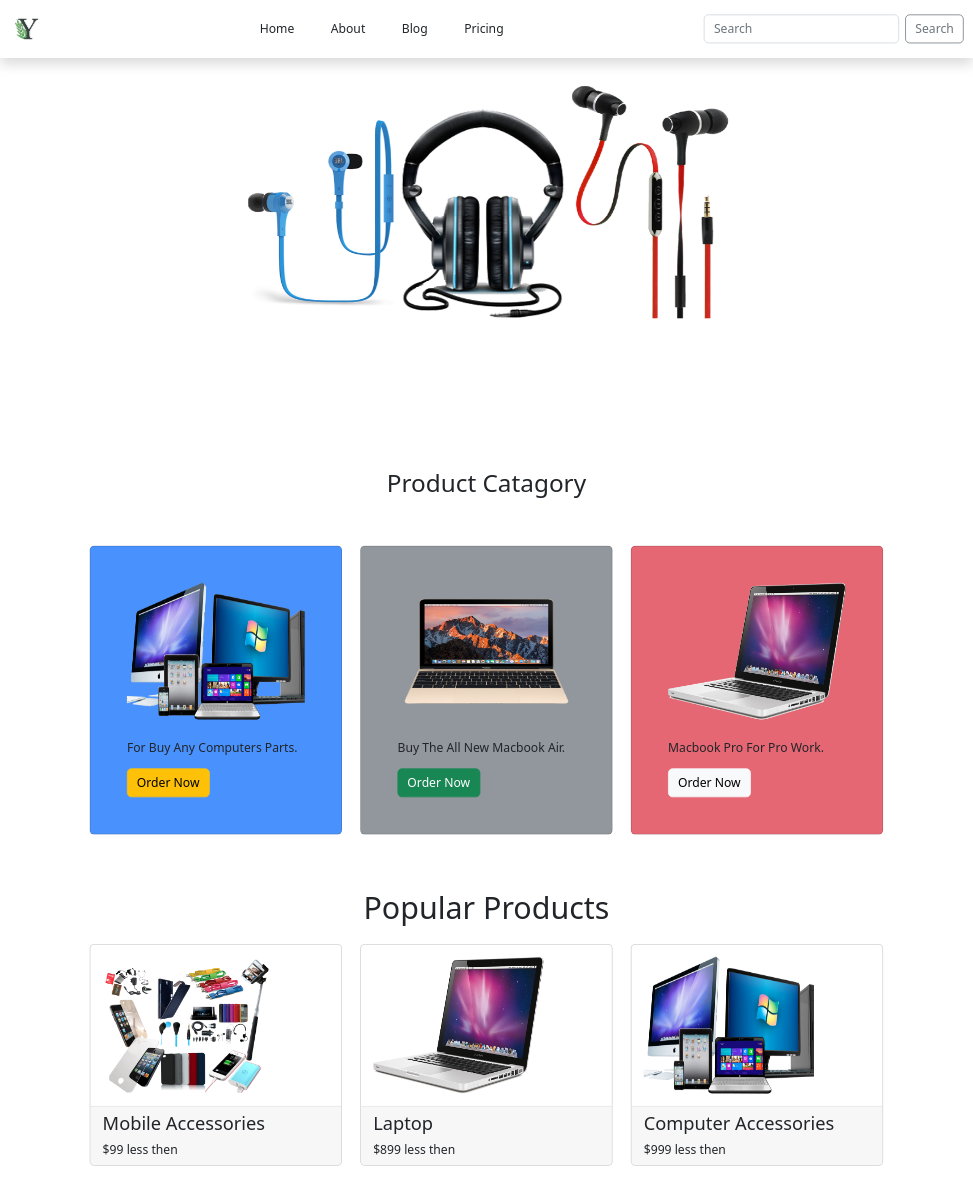
Repository: Mafuzurrahmanoli/E-Commerce-Website
Page: index.html
The author's editor kept a copy of each file at every save. The page is drawn from the files as they stood at one save, then again after the next save.
The browser window is 1280 px wide. The pictures show the whole page, at 76% of full size.

Above is the page before, as saved 2023-09-16 14:33:49.

### index.html
<!DOCTYPE html>
<html lang="en">

<head>
  <title>E-Commerce Website</title>
  <!-- Required meta tags -->
  <meta charset="utf-8" />
  <meta name="viewport" content="width=device-width, initial-scale=1, shrink-to-fit=no" />

  <!-- Bootstrap CSS v5.2.1 -->
  <link href="https://cdn.jsdelivr.net/npm/bootstrap@5.2.1/dist/css/bootstrap.min.css" rel="stylesheet"
    integrity="sha384-iYQeCzEYFbKjA/T2uDLTpkwGzCiq6soy8tYaI1GyVh/UjpbCx/TYkiZhlZB6+fzT" crossorigin="anonymous" />
  <link rel="stylesheet" href="css/style.css" />
  <link rel="shortcut icon" href="img/favicon.png" type="image/x-icon">
</head>

<body>
  <header>
    <!-- place navbar here -->
    <nav class="navbar navbar-expand-lg navbar-light shadow">
      <div class="container-fluid">
        <a class="navbar-brand" href="#"" target=" _blank">
          <img src="img/logo.png" alt="logo" style="width: 50px;">
        </a>
        <button class="navbar-toggler" type="button" data-bs-toggle="collapse" data-bs-target="#navbarSupportedContent"
          aria-controls="navbarSupportedContent" aria-expanded="false" aria-label="Toggle navigation">
          <span class="navbar-toggler-icon"></span>
        </button>
        <div class="collapse navbar-collapse" id="navbarSupportedContent">
          <ul class="navbar-nav me-auto mb-2 mb-lg-0 mx-auto">
            <li class="nav-item mx-3">
              <a class="nav-link active text-dark" aria-current="page" href="#">Home</a>
            </li>
            <li class="nav-item mx-3">
              <a class="nav-link text-dark" href="#">About</a>
            </li>
            <li class="nav-item mx-3">
              <a class="nav-link text-dark" href="#">Blog</a>
            </li>
            <li class="nav-item mx-3">
              <a class="nav-link text-dark" href="#">Pricing</a>
            </li>
          </ul>
          <form class="d-flex" role="search">
            <input class="form-control me-2" type="search" placeholder="Search" aria-label="Search">
            <button class="btn btn-outline-secondary" type="submit">Search</button>
          </form>
        </div>
      </div>
    </nav>
    <!-- Navbar end here -->
    <!-- Slider Start -->
    <div class="container">
      <div class="row">
        <div class=" col-md-11 mx-auto mt-4">
          <div id="carouselExampleIndicators" class="carousel slide" style="height: 500px; width: 80%; margin: auto;;">
            <div class="carousel-indicators" style="background-color: transparent;">
              <button type="button" data-bs-target="#carouselExampleIndicators" data-bs-slide-to="0" class="active"
                aria-current="true" aria-label="Slide 1"></button>
              <button type="button" data-bs-target="#carouselExampleIndicators" data-bs-slide-to="1"
                aria-label="Slide 2"></button>
              <button type="button" data-bs-target="#carouselExampleIndicators" data-bs-slide-to="2"
                aria-label="Slide 3"></button>
            </div>
            <div class="carousel-inner">
              <div class="carousel-item active">
                <img src="img/headphone.png" class="d-block w-100" alt="headphone">
              </div>
              <div class="carousel-item">
                <img src="img/macbook pro.png" class="d-block w-100" alt="macbook">
              </div>
              <div class="carousel-item">
                <img src="img/computer.png" class="d-block w-100" alt="computer">
              </div>
            </div>
            <button class="carousel-control-prev" type="button" data-bs-target="#carouselExampleIndicators"
              data-bs-slide="prev">
              <span class="carousel-control-prev-icon" aria-hidden="true" style="background-color: transparent;"></span>
              <span class="visually-hidden">Previous</span>
            </button>
            <button class="carousel-control-next" type="button" data-bs-target="#carouselExampleIndicators"
              data-bs-slide="next">
              <span class="carousel-control-next-icon" aria-hidden="true" style="background-color: transparent;"></span>
              <span class="visually-hidden">Next</span>
            </button>
          </div>
        </div>
      </div>
    </div>
    <!-- Slider End -->
  </header>
  <main>
    <!-- Product catagory section start -->
    <div class="container">
      <h2 class="text-center text-capitalize p-3">product catagory</h2>
      <div class="row justify-content-between m-4 row-cols-1 row-cols-md-2 row-cols-lg-3 g-4">
        <div class="col">
          <div class="card bg-primary bg-opacity-75">
            <div class="card-body p-5">
              <img src="img/computer.png" alt="computer" class="w-100">
              <p class="text-capitalize mt-4">For buy any computers parts.</p>
              <a href="#" target="_blank" class="btn btn-warning text-capitalize">order now</a>
            </div>
          </div>
        </div>
        <div class="col">
          <div class="card bg-secondary bg-opacity-75">
            <div class="card-body p-5">
              <img src="img/macbook air.png" alt="macbook air" class="w-100">
              <p class="text-capitalize mt-4">buy the all new macbook air.</p>
              <a href="#" target="_blank" class="btn btn-success text-capitalize">order now</a>
            </div>
          </div>
        </div>
        <div class="col">
          <div class="card bg-danger bg-opacity-75">
            <div class="card-body p-5">
              <img src="img/macbook pro.png" alt="macbook pro" class="w-100">
              <p class="text-capitalize mt-4">macbook pro for pro work.</p>
              <a href="#" target="_blank" class="btn btn-light text-capitalize">order now</a>
            </div>
          </div>
        </div>
      </div>
    </div>
    <!-- Product catagory section end -->
    <!-- Popular product section start -->
    <div class="container p-5">
      <h1 class="text-center text-capitalize">popular products</h1>
      <div class="row row-cols-1 row-cols-md-2 row-cols-lg-3 mt-4">
        <div class="col">
          <div class="card">
            <div class="card-body">
              <img class="w-75 mx-auto" src="img/Mobile.png" alt="">
            </div>
            <div class="card-footer">
              <h4 class="text-capitalize">Mobile accessories</h4>
              <span>$99 less then</span>
            </div>
          </div>
        </div>
        <div class="col">
          <div class="card">
            <div class="card-body">
              <img class="w-75 mx-auto" src="img/macbook pro.png" alt="">
            </div>
            <div class="card-footer">
              <h4 class="text-capitalize">laptop</h4>
              <span>$899 less then</span>
            </div>
          </div>
        </div>
        <div class="col">
          <div class="card">
            <div class="card-body">
              <img class="w-75 mx-auto" src="img/computer.png" alt="">
            </div>
            <div class="card-footer">
              <h4 class="text-capitalize">computer accessories</h4>
              <span>$999 less then</span>
            </div>
          </div>
        </div>
      </div>
    </div>
    <!-- Popular product section end -->
  </main>
  <footer>
    <!-- place footer here -->
  </footer>
  <!-- Bootstrap JavaScript Libraries -->
  <script src="https://cdn.jsdelivr.net/npm/@popperjs/core@2.11.6/dist/umd/popper.min.js"
    integrity="sha384-oBqDVmMz9ATKxIep9tiCxS/Z9fNfEXiDAYTujMAeBAsjFuCZSmKbSSUnQlmh/jp3"
    crossorigin="anonymous"></script>

  <script src="https://cdn.jsdelivr.net/npm/bootstrap@5.2.1/dist/js/bootstrap.min.js"
    integrity="sha384-7VPbUDkoPSGFnVtYi0QogXtr74QeVeeIs99Qfg5YCF+TidwNdjvaKZX19NZ/e6oz"
    crossorigin="anonymous"></script>
</body>

</html>

### css/style.css
* {
    margin: 0;
    padding: 0;
    outline: 0;
}

.carousel-inner img {
    height: 50vh;
}
.card-body img{
    height: 25vh;
}

After the next save:
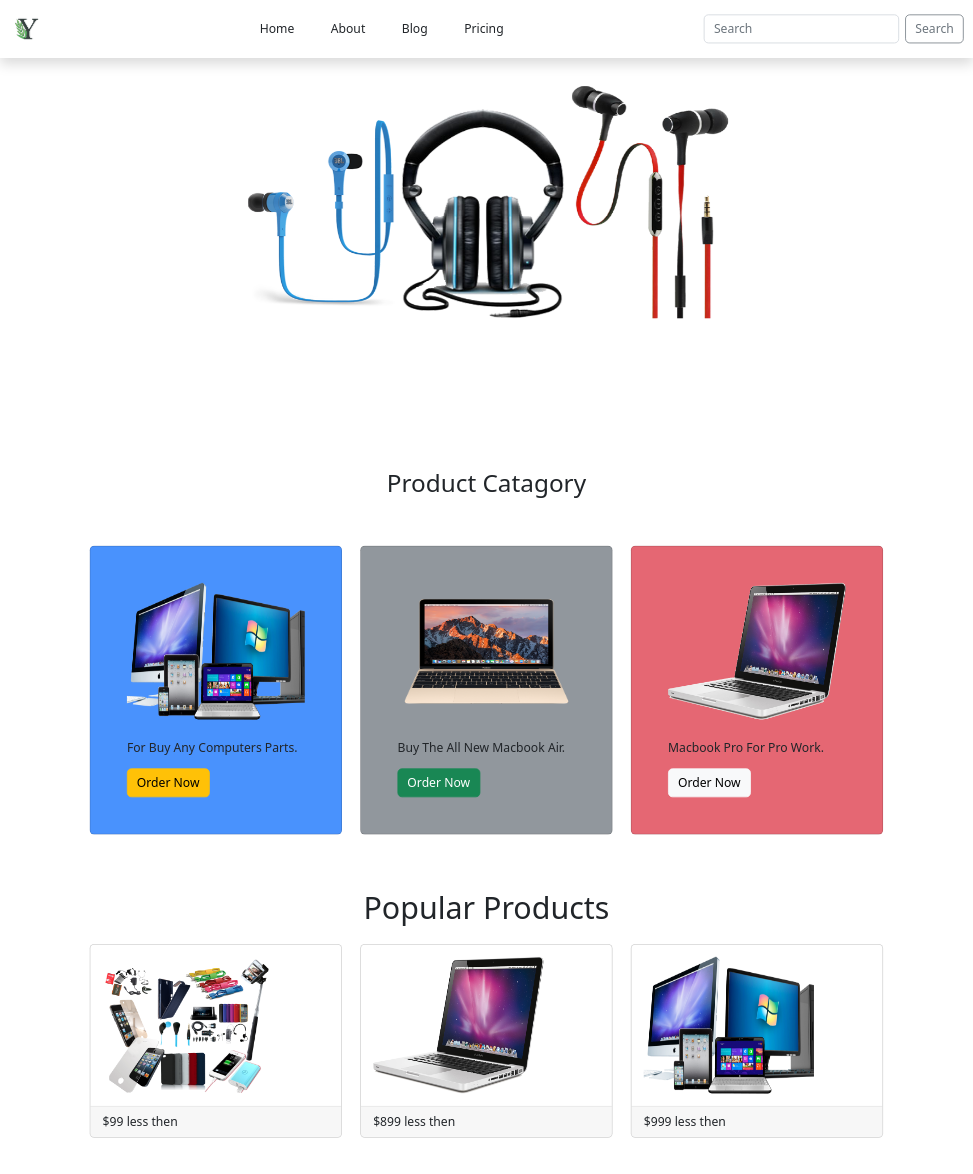
Saved 18 s later.
--- a/index.html
+++ b/index.html
@@ -134,7 +134,7 @@
               <img class="w-75 mx-auto" src="img/Mobile.png" alt="">
             </div>
             <div class="card-footer">
-              <h4 class="text-capitalize">Mobile accessories</h4>
+
               <span>$99 less then</span>
             </div>
           </div>
@@ -145,7 +145,7 @@
               <img class="w-75 mx-auto" src="img/macbook pro.png" alt="">
             </div>
             <div class="card-footer">
-              <h4 class="text-capitalize">laptop</h4>
+
               <span>$899 less then</span>
             </div>
           </div>
@@ -156,7 +156,7 @@
               <img class="w-75 mx-auto" src="img/computer.png" alt="">
             </div>
             <div class="card-footer">
-              <h4 class="text-capitalize">computer accessories</h4>
+
               <span>$999 less then</span>
             </div>
           </div>

After the 3 saves that followed:
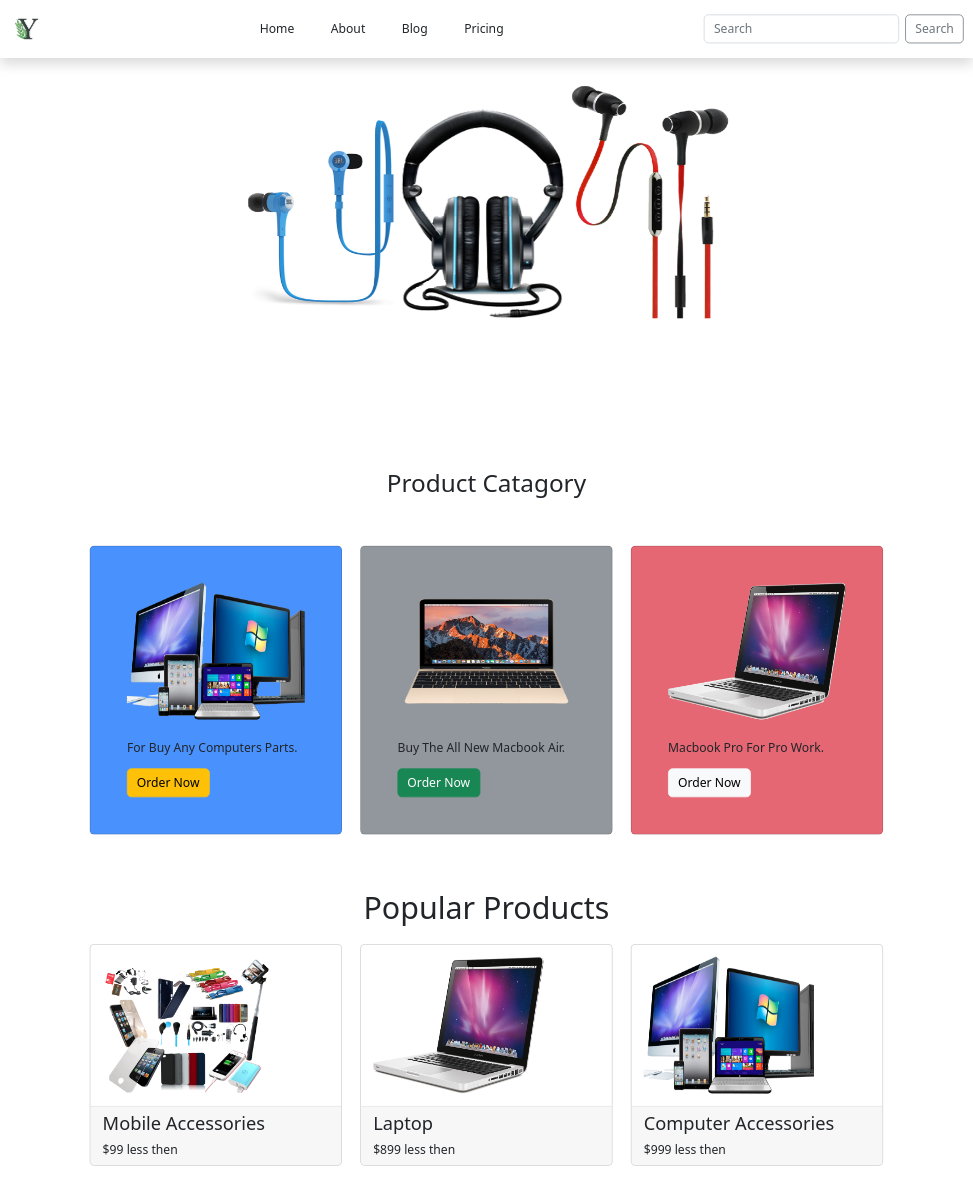
The 3 saves are shown as one change because they came seconds apart.
The last was saved 6 s later.
--- a/index.html
+++ b/index.html
@@ -134,7 +134,7 @@
               <img class="w-75 mx-auto" src="img/Mobile.png" alt="">
             </div>
             <div class="card-footer">
-
+              <h4 class="text-capitalize">Mobile accessories</h4>
               <span>$99 less then</span>
             </div>
           </div>
@@ -145,7 +145,7 @@
               <img class="w-75 mx-auto" src="img/macbook pro.png" alt="">
             </div>
             <div class="card-footer">
-
+              <h4 class="text-capitalize">laptop</h4>
               <span>$899 less then</span>
             </div>
           </div>
@@ -156,7 +156,7 @@
               <img class="w-75 mx-auto" src="img/computer.png" alt="">
             </div>
             <div class="card-footer">
-
+              <h4 class="text-capitalize">computer accessories</h4>
               <span>$999 less then</span>
             </div>
           </div>
